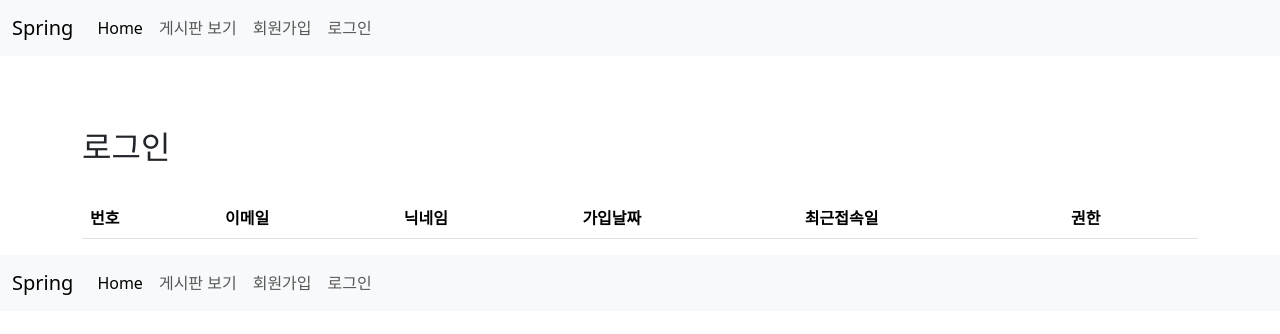
Repository: Jensuchan/spring_solo_project
Page: http://localhost/spring_test/WEB-INF/views/member/list.jsp
The author's editor kept a copy of each file at every save. The page is drawn from the files as they stood at one save, then again after the next save.
The browser window is 1280 px wide. The pictures show the whole page.
The page is served by Tomcat 9. Nobody is signed in. The template is opened directly, without the code that normally fills it, so the values that code supplies are empty.

Above is the page before, as saved 2024-01-19 02:21:59.
Console error: TypeError: Cannot read properties of null (reading 'addEventListener')

After the next save:
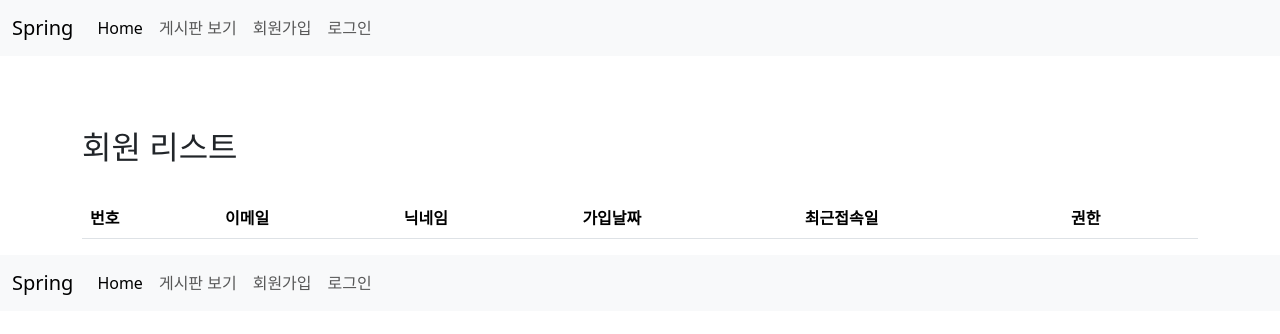
Saved 74 s later.
--- a/spring_test/src/main/webapp/WEB-INF/views/member/list.jsp
+++ b/spring_test/src/main/webapp/WEB-INF/views/member/list.jsp
@@ -7,7 +7,7 @@
 
 <div class="container-md">
 	<br>
-	<h2>로그인</h2>
+	<h2>회원 리스트</h2>
 	<br>
 	<table class="table table-hover">
   <thead>
